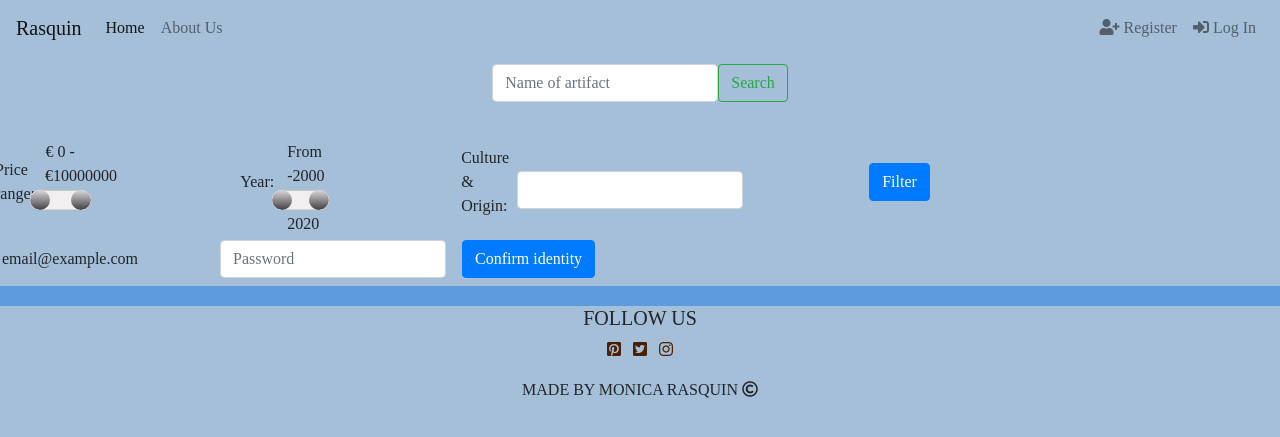
Repository: Rasquin/auction
Page: templates/base.html
The author's editor kept a record of every edit. The page is drawn from the files as they stood at one moment, then again after the next edit.
The browser window is 1280 px wide. The pictures show the whole page.
The template is drawn by Django 2.2. The application's start-up code is not run. The template is opened directly, without the code that normally fills it, so the values that code supplies are empty.

Above is the page before.

After the next edit:
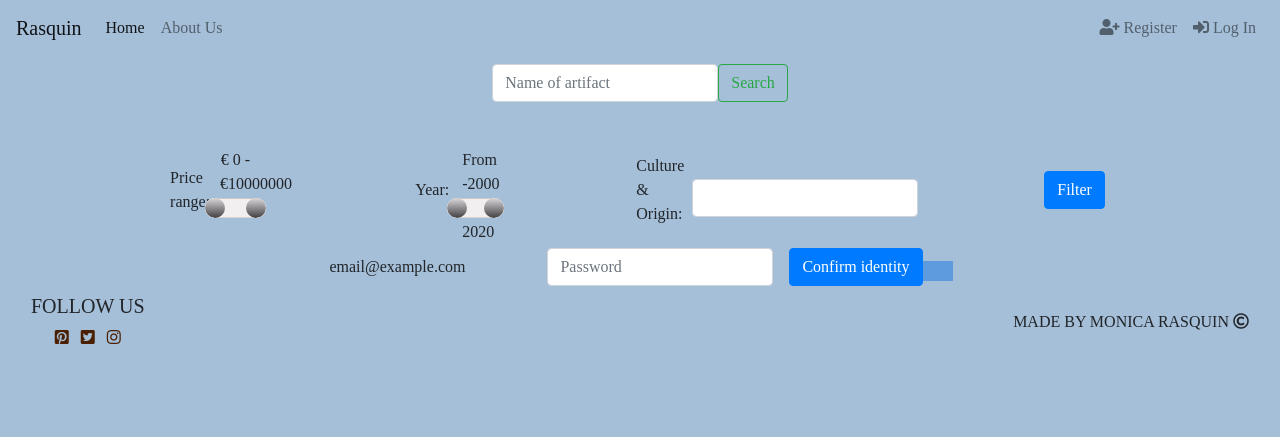
The edit:
--- a/templates/base.html
+++ b/templates/base.html
@@ -87,7 +87,7 @@
 
     <!-- Filters -->
 
-
+    <nav class="navbar navbar-light bg-light justify-content-center">
         <form action="{% url 'filters' %}" method="get" class="form-inline">
             {% csrf_token %}
             <!-- Price Filter -->
